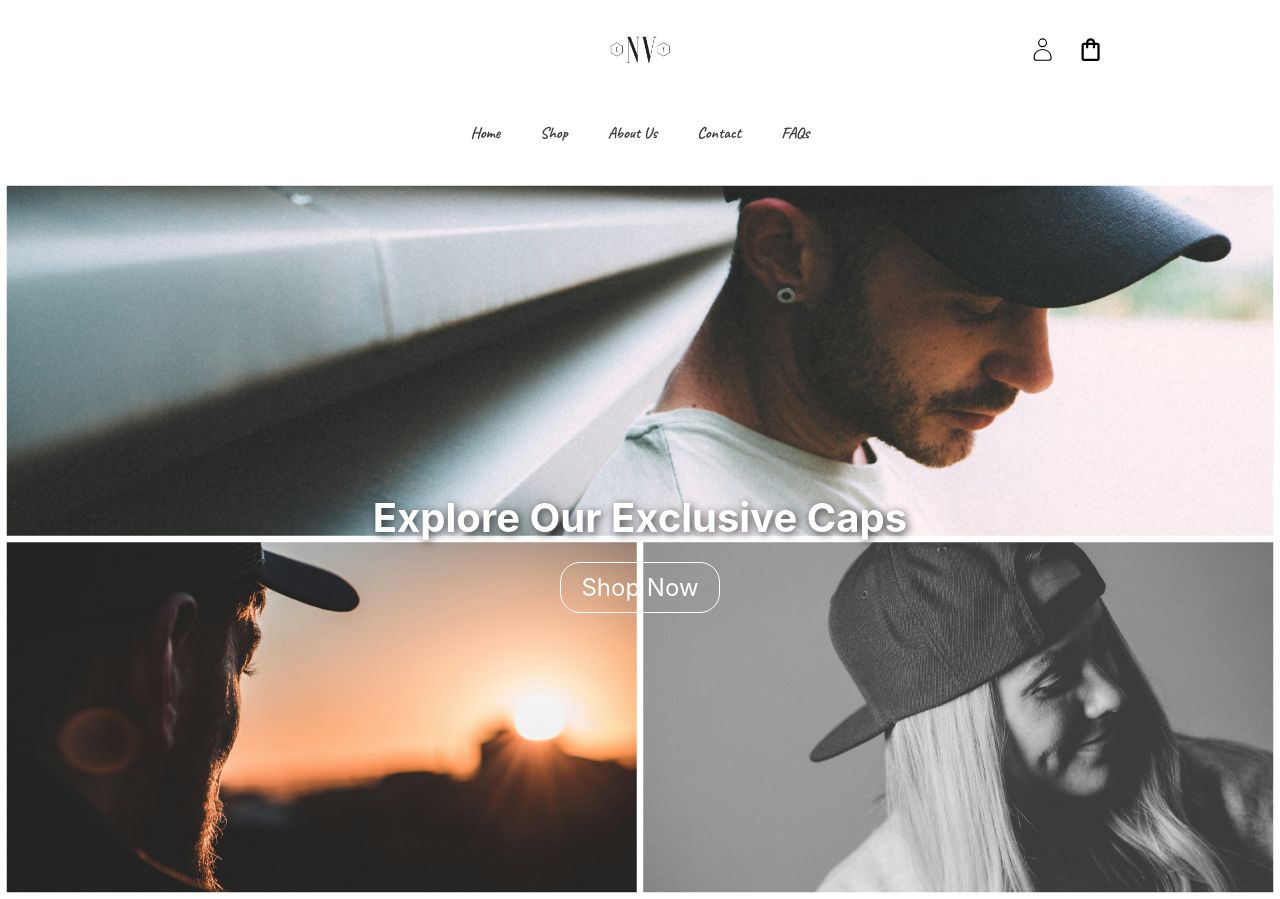
Repository: lasity34/new-envy
Page: / (app in my-new-envy/)
The author's editor kept a copy of each file at every save. The page is drawn from the files as they stood at one save, then again after the next save.
The browser window is 1280 px wide. The pictures show the whole page.
The project was rebuilt for these pictures with package versions that can differ from the ones it lists, and the page was loaded fresh each time.

Above is the page before, as saved 2024-04-22 11:27:18.

After the next save:
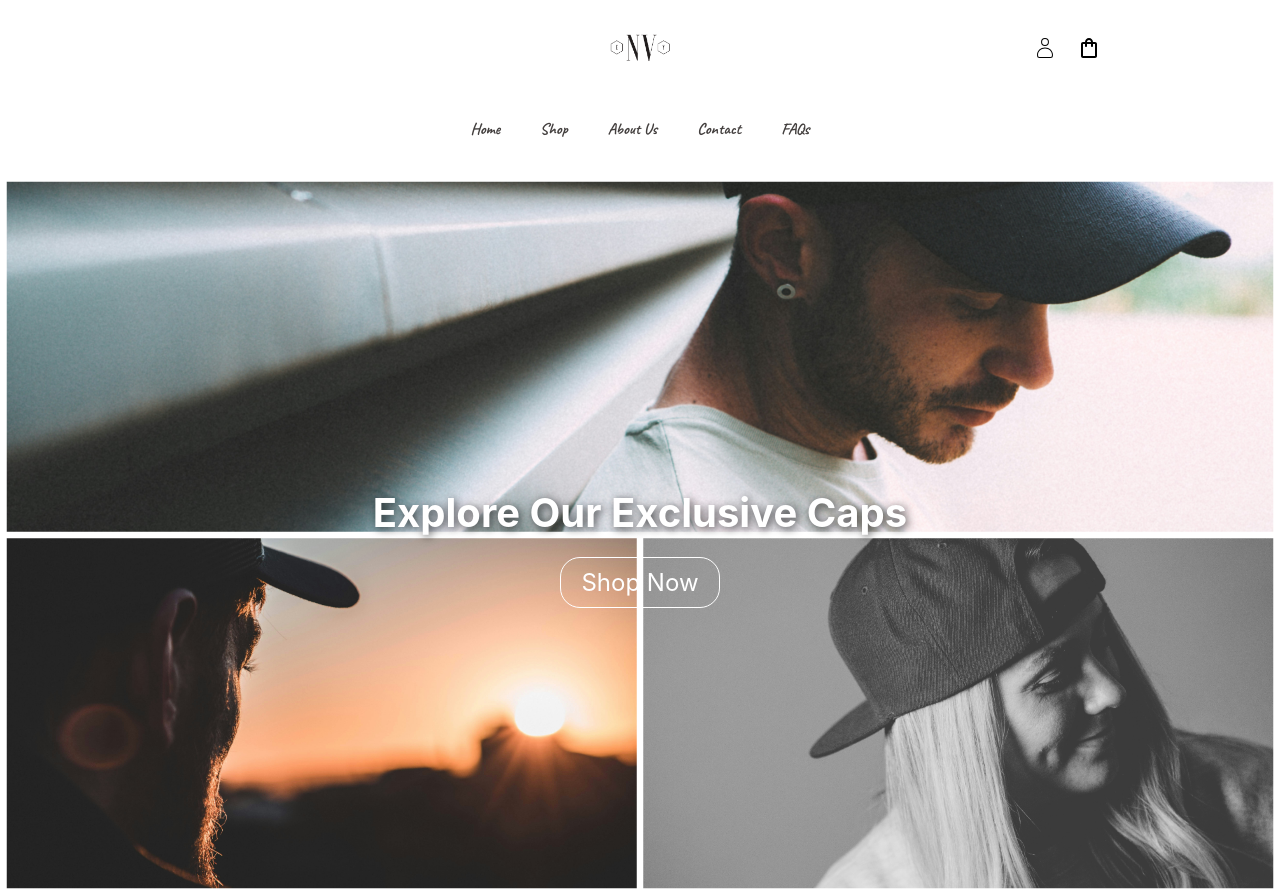
Saved 57 s later.
--- a/my-new-envy/src/components/Header.tsx
+++ b/my-new-envy/src/components/Header.tsx
@@ -56,7 +56,7 @@ const IconNavLink = styled.li`
   a {
     color: black;
     text-decoration: none;
-    font-size: 1.7rem;
+    font-size: 1.5rem;
     display: inline-block;
 
     &:hover {
